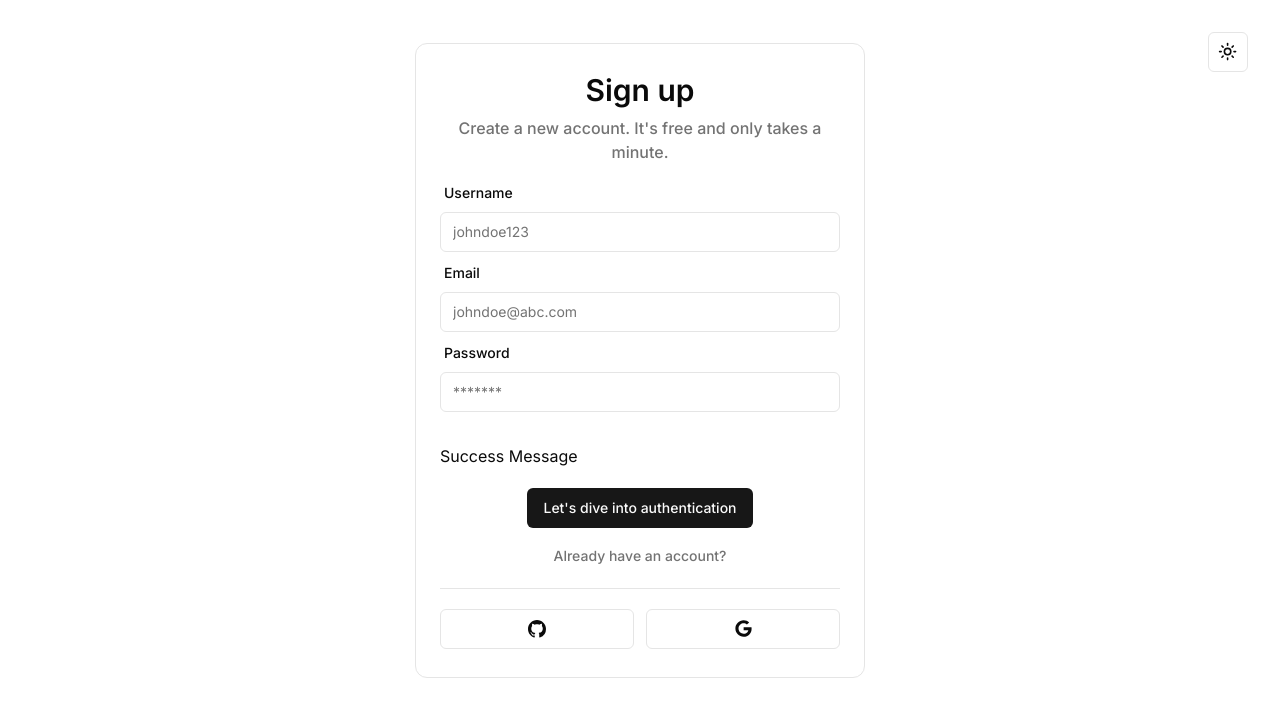
Repository: nickgoel31/authentication-toolkit
Page: /sign-up
An editor plug-in stored every save of this project. The page is shown before and after the next save, followed by the edit.
The browser window is 1280 px wide. The pictures show the whole page.
The project was rebuilt for these pictures with package versions that can differ from the ones it lists, and the page was loaded fresh each time. The framework's server and built-in components were replaced by stand-ins that run in the browser. Also part of the build but not shown: next.config.mjs.

Above is the page before, as saved 2024-02-04 18:06:07.

After the next save:
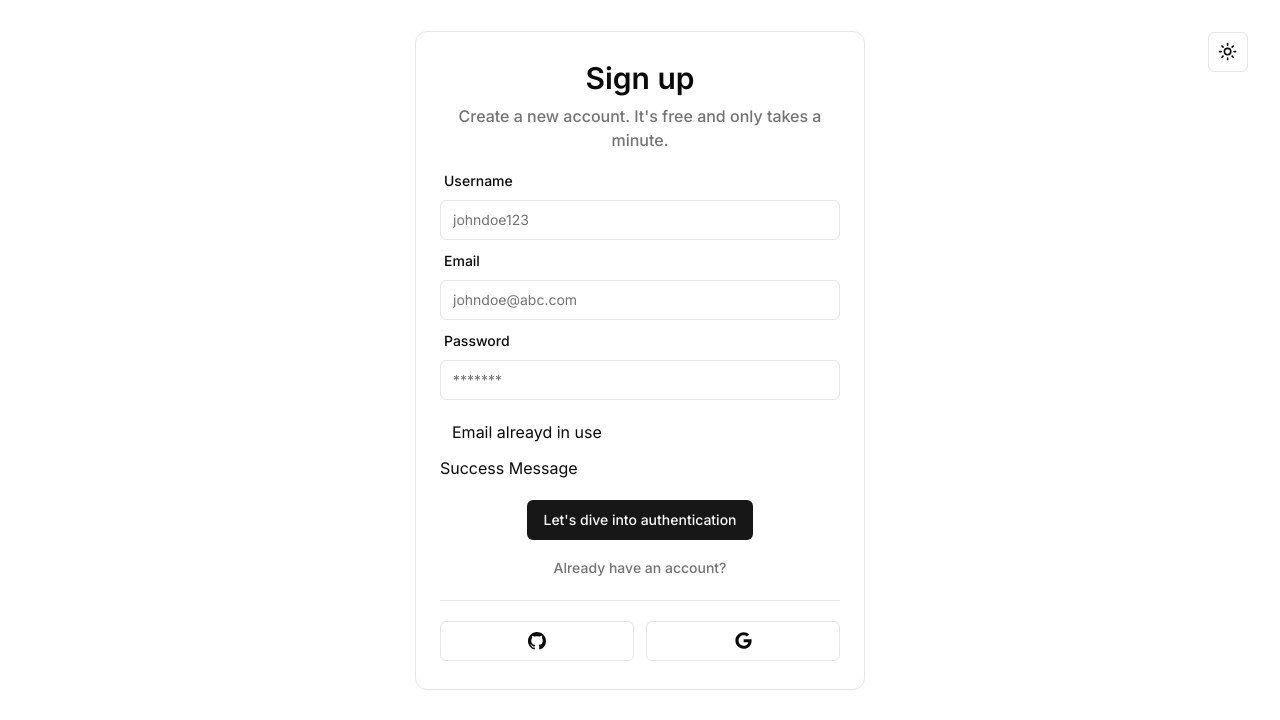
Saved 9 s later.
--- a/components/auth/error-message.tsx
+++ b/components/auth/error-message.tsx
@@ -3,7 +3,7 @@ import React from 'react'
 const ErrorMessage = () => {
   return (
     <div className='w-full p-3'>
-
+        Email alreayd in use
     </div>
   )
 }
